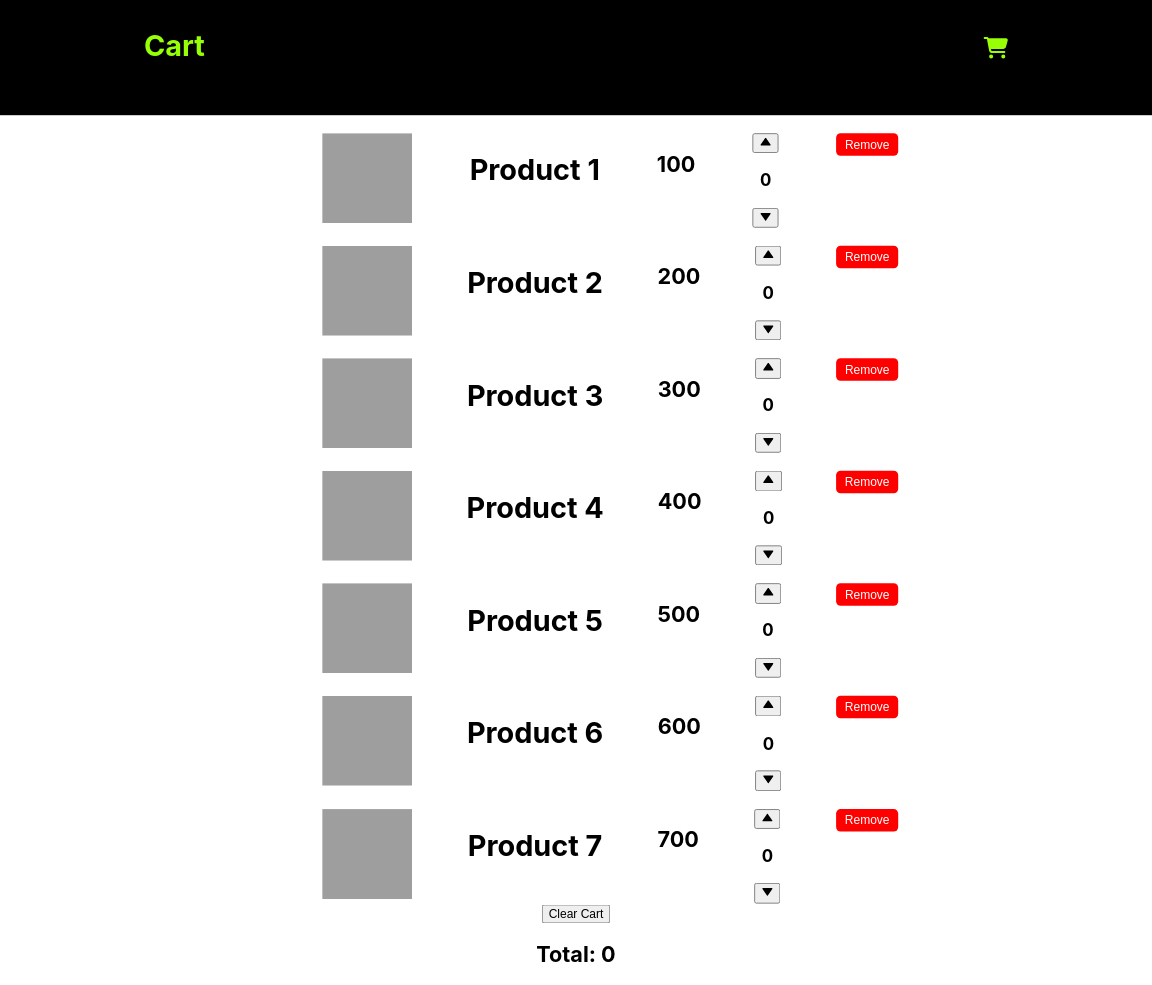
Repository: sriram1224/Cart-react-app
Page: /
These files come from the project's save history. The page is drawn as it stood at one moment and after the next save; the edit follows.
The browser window is 1280 px wide. The pictures show the whole page, at 90% of full size.
Pictures or frames that could not be fetched are drawn as grey boxes. The project was rebuilt for these pictures with package versions that can differ from the ones it lists, and the page was loaded fresh each time.

Above is the page before, as saved 2024-03-12 22:07:36.

### src/App.js
import Nav from "./Components/Nav.js"
import './App.css';
import Cart from './Components/cart.js';
function App() {
  return (
    <div className="App">

      <Cart />
    </div>
  );
}

export default App;

### src/Components/Nav.js
import { FontAwesomeIcon } from '@fortawesome/react-fontawesome';
import { faShoppingCart } from '@fortawesome/free-solid-svg-icons';
import './Navbar.css';

function Navbar({ cartItems }) {
      console.log(cartItems);
    return (

      <div className="nav-container">
      <div className="cart">
          <div className="heading">
              <h1>
              Cart
              </h1>
          </div>
      <h1>
        <div className="cart-icon-container">
          <FontAwesomeIcon icon={faShoppingCart} className="cart-icon" />
          {cartItems > 0 && (
            <span className="cart-count">{cartItems}</span>
          )}
        </div>

      </h1>
    </div>
      </div>
  );
}

export default Navbar;

### src/Components/cart.js
import React, { useState, useEffect } from "react";
import { BiSolidUpArrow, BiSolidDownArrow } from "react-icons/bi";
import Nav from './Nav'
import './cart.css'

function Cart() {
    const [products, setProducts] = useState([
        { id: "1", name: "Product 1", price: 100, quantity: 0, image: "https://images.unsplash.com/photo-1564466809058-bf4114d55352?w=500&auto=format&fit=crop&q=60&ixlib=rb-4.0.3&ixid=M3wxMjA3fDB8MHxzZWFyY2h8MjN8fHByb2R1Y3R8ZW58MHx8MHx8fDA%3D" },
        { id: "2", name: "Product 2", price: 200, quantity: 0, image: "https://images.unsplash.com/photo-1560343090-f0409e92791a?w=500&auto=format&fit=crop&q=60&ixlib=rb-4.0.3&ixid=M3wxMjA3fDB8MHxzZWFyY2h8N3x8cHJvZHVjdHxlbnwwfHwwfHx8MA%3D%3D" },
        { id: "3", name: "Product 3", price: 300, quantity: 0, image: "https://images.unsplash.com/photo-1560343090-f0409e92791a?w=500&auto=format&fit=crop&q=60&ixlib=rb-4.0.3&ixid=M3wxMjA3fDB8MHxzZWFyY2h8N3x8cHJvZHVjdHxlbnwwfHwwfHx8MA%3D%3D" },
        { id: "4", name: "Product 4", price: 400, quantity: 0, image: "https://images.unsplash.com/photo-1542291026-7eec264c27ff?w=500&auto=format&fit=crop&q=60&ixlib=rb-4.0.3&ixid=M3wxMjA3fDB8MHxzZWFyY2h8MTF8fHByb2R1Y3R8ZW58MHx8MHx8fDA%3D" },
        { id: "5", name: "Product 5", price: 500, quantity: 0, image: "https://images.unsplash.com/photo-1553456558-aff63285bdd1?w=500&auto=format&fit=crop&q=60&ixlib=rb-4.0.3&ixid=M3wxMjA3fDB8MHxzZWFyY2h8MTJ8fHByb2R1Y3R8ZW58MHx8MHx8fDA%3D" },
        { id: "6", name: "Product 6", price: 600, quantity: 0, image: "https://images.unsplash.com/photo-1553456558-aff63285bdd1?w=500&auto=format&fit=crop&q=60&ixlib=rb-4.0.3&ixid=M3wxMjA3fDB8MHxzZWFyY2h8MTJ8fHByb2R1Y3R8ZW58MHx8MHx8fDA%3D" },
        { id: "7", name: "Product 7", price: 700, quantity: 0, image: "https://images.unsplash.com/photo-1583394838336-acd977736f90?w=500&auto=format&fit=crop&q=60&ixlib=rb-4.0.3&ixid=M3wxMjA3fDB8MHxzZWFyY2h8MTl8fHByb2R1Y3R8ZW58MHx8MHx8fDA%3D" }
    ]);

    const [total, setTotal] = useState(0);
    const [cartItems, setCartItems] = useState(0);

    useEffect(() => {
        let newCartItems = 0;
        products.forEach(product => {
            newCartItems += product.quantity;
        });
        setCartItems(newCartItems);
    }, [products]);

    const increaseQuantity = (index) => {
        const updatedProducts = [...products];
        updatedProducts[index].quantity++;
        setProducts(updatedProducts);
        updateTotal();
    };

    const decreaseQuantity = (index) => {
        const updatedProducts = [...products];
        if (updatedProducts[index].quantity > 0) {
            updatedProducts[index].quantity--;
            setProducts(updatedProducts);
            updateTotal();
        }
    };

    const updateTotal = () => {
        let newTotal = 0;
        products.forEach((product) => {
            newTotal += product.quantity * product.price;
        });
        setTotal(newTotal);
    };

    const clearCart = () => {
        setProducts([]);
        setTotal(0);
        setCartItems(0);
    };

    const removeFromCart = (index) => {
        const updatedProducts = [...products];
        updatedProducts.splice(index, 1);
        setProducts(updatedProducts);
        updateTotal();
    };

    return (
        <div>
            <Nav cartItems={cartItems} />
            <div className="">
                {products.map((product, index) => {
                    return (
                        <div className="product-container" key={index}>
                            <img src={product.image} alt={product.name} />
                            <h1>{product.name}</h1>
                            <h2>{product.price}</h2>
                            <div className="button-quantity">
                                <button onClick={() => increaseQuantity(index)}>
                                    <BiSolidUpArrow />
                                </button>
                                <h3>{product.quantity}</h3>
                                <button onClick={() => decreaseQuantity(index)}>
                                    <BiSolidDownArrow />
                                </button>
                            </div>
                            <div className="rm-button">
                            <button onClick={() => removeFromCart(index)}>Remove</button>
                        </div></div>
                    );
                })}
                <button onClick={clearCart}>Clear Cart</button>
                <h2>Total: {total}</h2>
            </div>
        </div>
    );
}

export default Cart;

### src/Components/Navbar.css
.cart-icon-container {
    position: relative;
    display: inline-block;
}

.cart-icon {
    font-size: 1.5rem;
    color: rgb(152, 255, 7);

}

.cart-count {
    position: absolute;
    top: -10px;

    right: -10px;
    /* Adjust the horizontal positioning */
    background-color: red;
    color: white;
    border-radius: 50%;
    padding: 2px 6px;
    font-size: 0.8rem;
    /* Adjust the font size as needed */
}

.cart{
    display: flex;
    justify-content: space-between;
    margin: 0 10rem;
    align-items: center;
    padding-top: 10px;

}

.heading{
text-align: center;
color: rgb(152, 255, 7);
}

.nav-container{
    width: 100%;
    height: 8rem;
    background-color:rgb(0, 0, 0)
}

### src/Components/cart.css
.product-container{
    display: flex;
    gap: 20px;
    justify-content: space-between;
    width: 50%;
    position: relative;
    left: 28%;
    text-align: center;
    margin-top: 20px;
}

.product-container img{
    width: 100px;
    height: 100px;
}
.rm-button button{
    background-color: red;
    color: white;
    border: none;
    padding: 5px 10px;
    border-radius: 5px;
    cursor: pointer;
}

Loaded but not shown: public/index.html (common file); src/index.js (common file); src/index.css (common file); src/reportWebVitals.js (common file); src/App.css (common file)

After the next save:
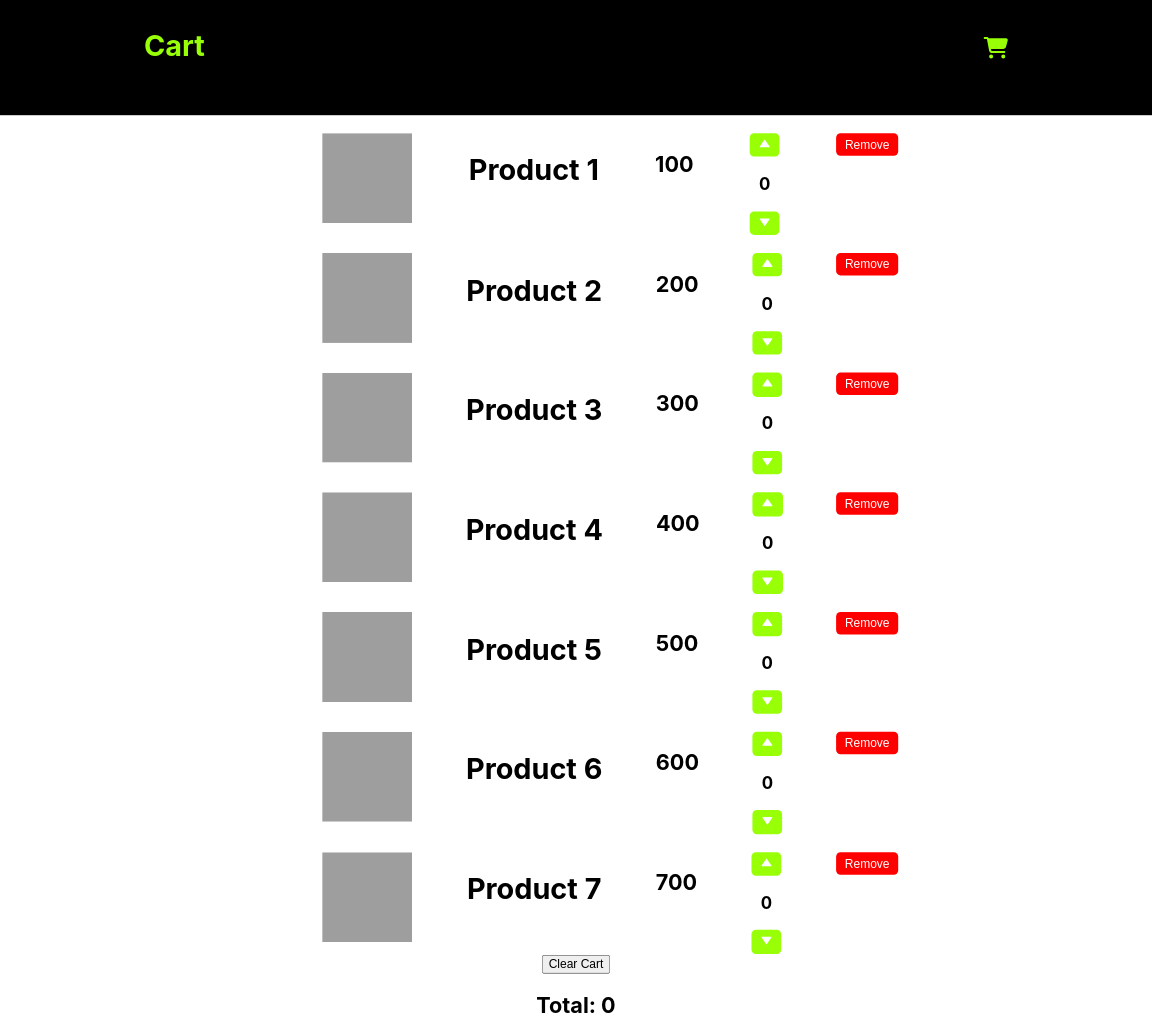
Saved 20 s later.
--- a/src/Components/cart.css
+++ b/src/Components/cart.css
@@ -21,3 +21,12 @@
     border-radius: 5px;
     cursor: pointer;
 }
+
+.button-quantity button{
+    background-color: rgb(152, 255, 7);
+    color: white;
+    border: none;
+    padding: 5px 10px;
+    border-radius: 5px;
+    cursor: pointer;
+}
